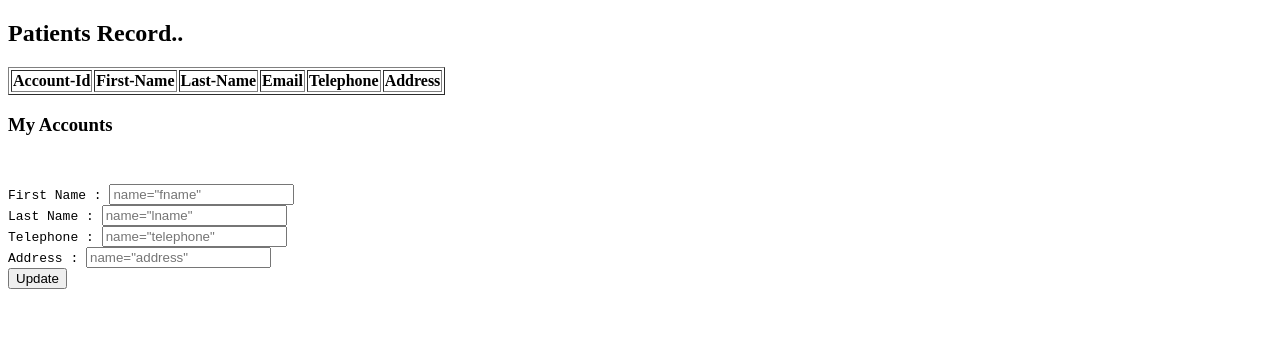
Repository: anujsoni10001/JSP-Servlet
Page: http://localhost/Minor/staff-patient.jsp
An editor plug-in stored every save of this project. The page is shown before and after the next save, followed by the edit.
The browser window is 1280 px wide. The pictures show the whole page.
The page is served by Tomcat 9. Other server files are loaded and not shown. Queries for data that is not in the repository find no rows.

Above is the page before, as saved 2019-03-23 05:22:38.

### FinalProject/minor - Copy/Minor/WebContent/staff-patient.jsp
<%
RequestDispatcher rd=request.getRequestDispatcher("patientrecord.jsp");
rd.include(request,response);
RequestDispatcher rd1=request.getRequestDispatcher("staff-patient2.jsp");
rd1.include(request,response);
%>

### FinalProject/minor - Copy/Minor/WebContent/patientrecord.jsp
<%@page import="pp.RegisteredDao"%>
<%@ page language="java" contentType="text/html; charset=ISO-8859-1"
    pageEncoding="ISO-8859-1"%>
<!DOCTYPE html PUBLIC "-//W3C//DTD HTML 4.01 Transitional//EN" "http://www.w3.org/TR/html4/loose.dtd">
<html>
<head>
<meta http-equiv="Content-Type" content="text/html; charset=ISO-8859-1">
<title>Insert title here</title>
</head>
<h2>Patients Record..</h2>
<body>
<%
pp.RegisteredDao rd=new RegisteredDao();
java.util.ArrayList<pp.PatientAccountBean> a1=rd.ShowallPatient();
%>
<table border=1>
<tr>
<th>Account-Id</th>
<th>First-Name</th>
<th>Last-Name</th>
<th>Email</th>
<th>Telephone</th>
<th>Address</th>
</tr>
<%
for(pp.PatientAccountBean p:a1)
{
%>
<tr>
<td><%=p.getAccountId()%></td>
<td><%=p.getFirstName()%></td>
<td><%=p.getLastName()%></td>
<td><%=p.getEmail()%></td>
<td><%=p.getTelephone()%></td>
<td><%=p.getAddress()%></td>
<td><a href="staff-patient.jsp?a_id=<%=p.getAccountId()%>&fname=<%=p.getFirstName()%>&lname=<%=p.getLastName()%>&email=<%=p.getEmail()%>&telephone=<%=p.getTelephone()%>&address=<%=p.getAddress()%>">Update</a></td>
<td><a href="delete_patient.jsp?a_id=<%=p.getAccountId()%>">Delete</a></td>
</tr>
<%
}
%>
</table>
</body>
</html>

### FinalProject/minor - Copy/Minor/WebContent/staff-patient2.jsp
<%@page import="pp.PatientAccountBean"%>
<%@page import="pp.RegisteredDao"%>
<%
String a_id=request.getParameter("a_id");
%>
<%@ page language="java" contentType="text/html; charset=ISO-8859-1"
    pageEncoding="ISO-8859-1"%>
<!DOCTYPE html PUBLIC "-//W3C//DTD HTML 4.01 Transitional//EN" "http://www.w3.org/TR/html4/loose.dtd">
<html>
<head>
<meta http-equiv="Content-Type" content="text/html; charset=ISO-8859-1">
<title>My-Accounts</title>
</head>
<body>
<h3>My Accounts</h3>
<pre>
<form action="UpdateStafPatient">
<input type="hidden" value=<%=a_id%>>
First Name : <input type="text" placeholder= name="fname">
Last Name : <input type="text" placeholder=name="lname">
Telephone : <input type="text" placeholder=name="telephone">
Address : <input type="text" placeholder= name="address">
<input type="submit" value="Update"/>
</form>
</pre>
</body>
</html>

### FinalProject/minor - Copy/Minor/src/pp/RegisteredDao.java
package pp;
import java.sql.*;
import pp.PatientAccountBean;

public class RegisteredDao {
Connection con;
public Connection getConnect() throws ClassNotFoundException, SQLException
{
Class.forName("com.mysql.cj.jdbc.Driver");
con=DriverManager.getConnection("jdbc:mysql://localhost:3306/minor","root","root");
return con;
}
public java.util.ArrayList<PatientAccountBean> ShowPro(String email) throws ClassNotFoundException, SQLException
{
java.util.ArrayList<PatientAccountBean> a1=new java.util.ArrayList<pp.PatientAccountBean>();
con=getConnect();
String qr="select * from accounts where Email=?";
PreparedStatement ps=con.prepareStatement(qr);
ps.setString(1,email);
ResultSet rs=ps.executeQuery();
while(rs.next())
{
pp.PatientAccountBean p=new pp.PatientAccountBean();
p.setFirstName(rs.getString("FirstName"));
p.setLastName(rs.getString("LastName"));
p.setTelephone(rs.getString("Telephone"));
p.setAddress(rs.getString("Address"));
p.setAccountId(rs.getInt("AccountId"));
a1.add(p);
}
con.close();
return a1;
}
public int update(PatientAccountBean p) throws ClassNotFoundException, SQLException
{
int i=0;
con=getConnect();
///Remember Query///
//update table tablename -XXXX...//
//Wrong Syntax Putted...in the Mid-Sam-Exam//
String qr="update accounts set LastName=?,FirstName=?,Telephone=?,Address=? where Email=?";
PreparedStatement ps=con.prepareStatement(qr);
ps.setString(1,p.getLastName());
ps.setString(2,p.getFirstName());
ps.setString(3,p.getTelephone());
ps.setString(4,p.getAddress());
ps.setString(5,p.getEmail());
i=ps.executeUpdate();
con.close();
return i;
}
public java.util.ArrayList<Doctor> ShowPro() throws ClassNotFoundException, SQLException
{
java.util.ArrayList<Doctor> a1=new java.util.ArrayList<pp.Doctor>();
con=getConnect();
String qr="select * from doctor";
Statement st=con.createStatement();
ResultSet rs=st.executeQuery(qr);
while(rs.next())
{
pp.Doctor p=new pp.Doctor();
p.setDoctorId(rs.getInt("DoctorId"));
a1.add(p);
}
con.close();
return a1;
}
public java.util.ArrayList<Doctor> ShowPro(int id) throws ClassNotFoundException, SQLException
{
java.util.ArrayList<Doctor> a1=new java.util.ArrayList<pp.Doctor>();
con=getConnect();
String qr="select * from doctor,specialty,hospital where doctor.SpecialtyId=specialty.SpecialtyId and DoctorId=? and doctor.HospitalId=hospital.HospitalId";
PreparedStatement ps=con.prepareStatement(qr);
ps.setInt(1,id);
ResultSet rs=ps.executeQuery();
while(rs.next())
{
pp.Doctor p=new pp.Doctor();
p.setDcotorName(rs.getString("DcotorName"));
p.setDescription(rs.getString("Description"));
p.setHospitalName(rs.getString("HospitalName"));
p.setHospitalId(rs.getString("HospitalId"));
p.setYearOfExperience(rs.getInt("YearOfExperience"));
a1.add(p);
}
con.close();
return a1;
}
public int addPro(pp.Appointment a) throws ClassNotFoundException, SQLException
{
int i=0;
con=getConnect();
 ///Remember Query///
//insert table tablename -XXXX...Wrong//
//Wrong Syntax Putted...in the Mid-Sam-Exam//
String qr="insert into Appointment(DoctorId,HospitalId,Date,BookedbyAccountId,Status) values(?,?,?,?,?)";
PreparedStatement ps=con.prepareStatement(qr);
ps.setString(1,a.getDoctorId());
ps.setString(2,a.getHospitalId());
ps.setString(3,a.getDate());
ps.setInt(4,a.getAppointmentId());
ps.setString(5,a.getStatus());
i=ps.executeUpdate();
con.close();
return i;
}
public java.util.ArrayList<pp.Appointment> ShowAppoint(int bbyid) throws ClassNotFoundException, SQLException
{
java.util.ArrayList<pp.Appointment> a1=new java.util.ArrayList<pp.Appointment>();
con=getConnect();
String qr="select * from Appointment,doctor,Accounts,Hospital where Appointment.DoctorId=doctor.DoctorId and AccountId=BookedByAccountId and doctor.HospitalId=Hospital.HospitalId and BookedbyAccountId=?";
PreparedStatement ps=con.prepareStatement(qr);
ps.setInt(1,bbyid);
ResultSet rs=ps.executeQuery();
while(rs.next())
{
pp.Appointment a=new Appointment();
a.setAppointmentId(rs.getInt("AppointmentId"));
a.setHospitalName(rs.getString("HospitalName"));
a.setDoctorName(rs.getString("DcotorName"));
a.setDate(rs.getString("Date"));
a.setStatus(rs.getString("Status"));
a.setChargesRM(rs.getDouble("ChargesRM"));
a1.add(a);
}
con.close();
return a1;
}
public int updateAppoint(pp.Appointment a) throws ClassNotFoundException, SQLException
{
int i=0;
con=getConnect();
///Remember Query///
//update table tablename -XXXX...//
//Wrong Syntax Putted...in the Mid-Sam-Exam//
String qr="update appointment set DoctorId=?,HospitalId=?,Date=?,BookedbyAccountId=? where AppointmentId=?";
PreparedStatement ps=con.prepareStatement(qr);
ps.setString(1,a.getDoctorId());
ps.setString(2,a.getHospitalId());
ps.setString(3,a.getDate());
ps.setInt(4,a.getBookedbyAccountId());
ps.setInt(5,a.getAppointmentId());
i=ps.executeUpdate();
con.close();
return i;
}
public int delete(Appointment a) throws ClassNotFoundException, SQLException
{
int i=0;
con=getConnect();
///Remember Query///
//delete table tablename -XXXX...Wrong//
//Wrong Syntax Putted...in the Mid-Sam-Exam//
String qr="delete from Appointment where AppointmentId=?";
PreparedStatement ps=con.prepareStatement(qr);
ps.setInt(1,a.getAppointmentId());
i=ps.executeUpdate();
con.close();
return i;
}
public boolean VerifyCard(Creditcard c) throws ClassNotFoundException, SQLException
{
con=getConnect();
String qr="select * from creditcard where CardNo=? and ExpiryDate=? and SecurityCode=? and CardType=?";

PreparedStatement ps=con.prepareStatement(qr);
ps.setString(1,c.getCardNo());
ps.setString(2,c.getExpiryDate());
ps.setString(3,c.getSecurityCode());
ps.setString(4,c.getCardType());
ResultSet rs=ps.executeQuery();
if(rs.next())
{
con.close();
return true;
}
else
{
con.close();
return false;
}
}
public int updateAppointStatus(pp.Appointment a) throws ClassNotFoundException, SQLException
{
int i=0;
con=getConnect();
///Remember Query///
//update table tablename -XXXX...//
//Wrong Syntax Putted...in the Mid-Sam-Exam//
String qr="update appointment set Status=? where AppointmentId=?";
PreparedStatement ps=con.prepareStatement(qr);
ps.setString(1,a.getStatus());
ps.setInt(2,a.getAppointmentId());
i=ps.executeUpdate();
con.close();
return i;
}
public java.util.ArrayList<pp.Appointment> ShowCompletedAppoint(int bbyid) throws ClassNotFoundException, SQLException
{
java.util.ArrayList<pp.Appointment> a1=new java.util.ArrayList<pp.Appointment>();
con=getConnect();
String qr="select * from Appointment,doctor,Accounts,Hospital where Appointment.DoctorId=doctor.DoctorId and AccountId=BookedByAccountId and doctor.HospitalId=Hospital.HospitalId and BookedbyAccountId=? and Status='Completed'";
PreparedStatement ps=con.prepareStatement(qr);
ps.setInt(1,bbyid);
ResultSet rs=ps.executeQuery();
while(rs.next())
{
pp.Appointment a=new Appointment();
a.setAppointmentId(rs.getInt("AppointmentId"));
a.setHospitalName(rs.getString("HospitalName"));
a.setDoctorName(rs.getString("DcotorName"));
a.setDate(rs.getString("Date"));
a.setStatus(rs.getString("Status"));
a.setChargesRM(rs.getDouble("ChargesRM"));
a1.add(a);
}
con.close();
return a1;
}
public int addPro(pp.Rating r) throws ClassNotFoundException, SQLException
{
int i=0;
con=getConnect();
 ///Remember Query///
//insert table tablename -XXXX...Wrong//
//Wrong Syntax Putted...in the Mid-Sam-Exam//
String qr="insert into rating values(?,?)";
PreparedStatement ps=con.prepareStatement(qr);
ps.setString(1,r.getAppointmentId());
ps.setInt(2,r.getConsultationRating());
i=ps.executeUpdate();
con.close();
return i;
}
public java.util.ArrayList<pp.Hospital> ShowHospital() throws ClassNotFoundException, SQLException
{
java.util.ArrayList<Hospital> a1=new java.util.ArrayList<pp.Hospital>();
con=getConnect();
String qr="select * from hospital";
Statement st=con.createStatement();
ResultSet rs=st.executeQuery(qr);
while(rs.next())
{
pp.Hospital h=new pp.Hospital();
h.setHospitalName(rs.getString("HospitalName"));
a1.add(h);
}
con.close();
return a1;
}
public java.util.ArrayList<pp.Hospital> ShowHospitalId(String HospitalName) throws ClassNotFoundException, SQLException
{
java.util.ArrayList<Hospital> a1=new java.util.ArrayList<pp.Hospital>();
con=getConnect();
String qr="select * from hospital where HospitalName=?";
PreparedStatement ps=con.prepareStatement(qr);
ps.setString(1,HospitalName);
ResultSet rs=ps.executeQuery();
while(rs.next())
{
pp.Hospital h=new pp.Hospital();
h.setHospitalId(rs.getString("HospitalId"));
a1.add(h);
}
con.close();
return a1;
}
public int addStaff(pp.Staff s) throws ClassNotFoundException, SQLException
{
int i=0;
con=getConnect();
 ///Remember Query///
//insert table tablename -XXXX...Wrong//
//Wrong Syntax Putted...in the Mid-Sam-Exam//
String qr="insert into staff values(?,?,?,?,?,?,?,?,?,?)";
PreparedStatement ps=con.prepareStatement(qr);
ps.setInt(1,s.getStaffId());
ps.setString(2,s.getEmail());
ps.setString(3,s.getPassword());
ps.setString(4,s.getFirstName());
ps.setString(5,s.getLastName());
ps.setString(6,s.getICNumber());
ps.setString(7,s.getTelephone());
ps.setString(8,s.getAddress());
ps.setString(9,s.getPosition());
ps.setString(10,s.getHospitalId());
i=ps.executeUpdate();
con.close();
return i;
}
public java.util.ArrayList<PatientAccountBean> ShowallPatient() throws ClassNotFoundException, SQLException
{
java.util.ArrayList<PatientAccountBean> a1=new java.util.ArrayList<pp.PatientAccountBean>();
con=getConnect();
String qr="select * from accounts";
Statement st=con.createStatement();
ResultSet rs=st.executeQuery(qr);
while(rs.next())
{
pp.PatientAccountBean p=new pp.PatientAccountBean();
p.setFirstName(rs.getString("FirstName"));
p.setLastName(rs.getString("LastName"));
p.setTelephone(rs.getString("Telephone"));
p.setAddress(rs.getString("Address"));
p.setAccountId(rs.getInt("AccountId"));
p.setEmail(rs.getString("Email"));
a1.add(p);
}
con.close();
return a1;
}
public int updateStaffPatient(PatientAccountBean p) throws ClassNotFoundException, SQLException
{
int i=0;
con=getConnect();
///Remember Query///
//update table tablename -XXXX...//
//Wrong Syntax Putted...in the Mid-Sam-Exam//
String qr="update accounts set LastName=?,FirstName=?,Telephone=?,Address=?,Email=? where AccountId=?";
PreparedStatement ps=con.prepareStatement(qr);
ps.setString(1,p.getLastName());
ps.setString(2,p.getFirstName());
ps.setString(3,p.getTelephone());
ps.setString(4,p.getAddress());
ps.setString(5,p.getEmail());
i=ps.executeUpdate();
con.close();
return i;
}
}

After the next save:
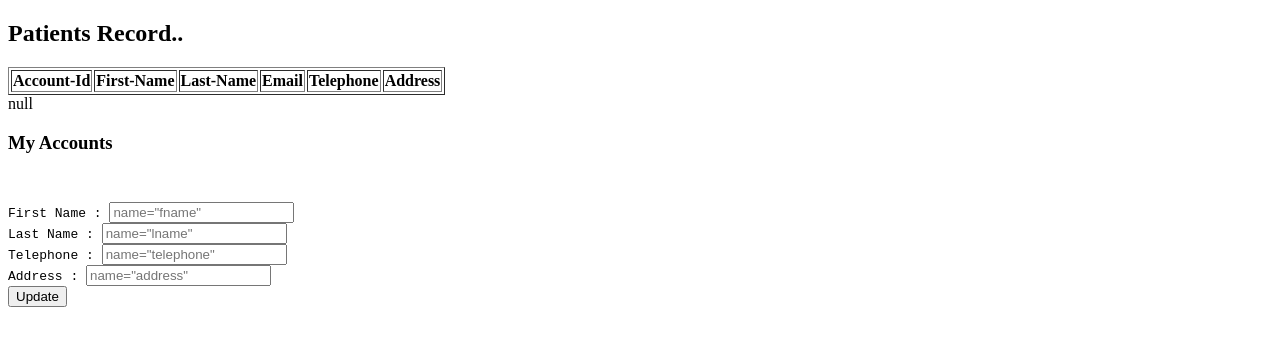
Saved 112 s later.
--- a/FinalProject/minor - Copy/Minor/WebContent/staff-patient2.jsp
+++ b/FinalProject/minor - Copy/Minor/WebContent/staff-patient2.jsp
@@ -2,6 +2,7 @@
 <%@page import="pp.RegisteredDao"%>
 <%
 String a_id=request.getParameter("a_id");
+out.println(a_id);
 %>
 <%@ page language="java" contentType="text/html; charset=ISO-8859-1"
     pageEncoding="ISO-8859-1"%>
